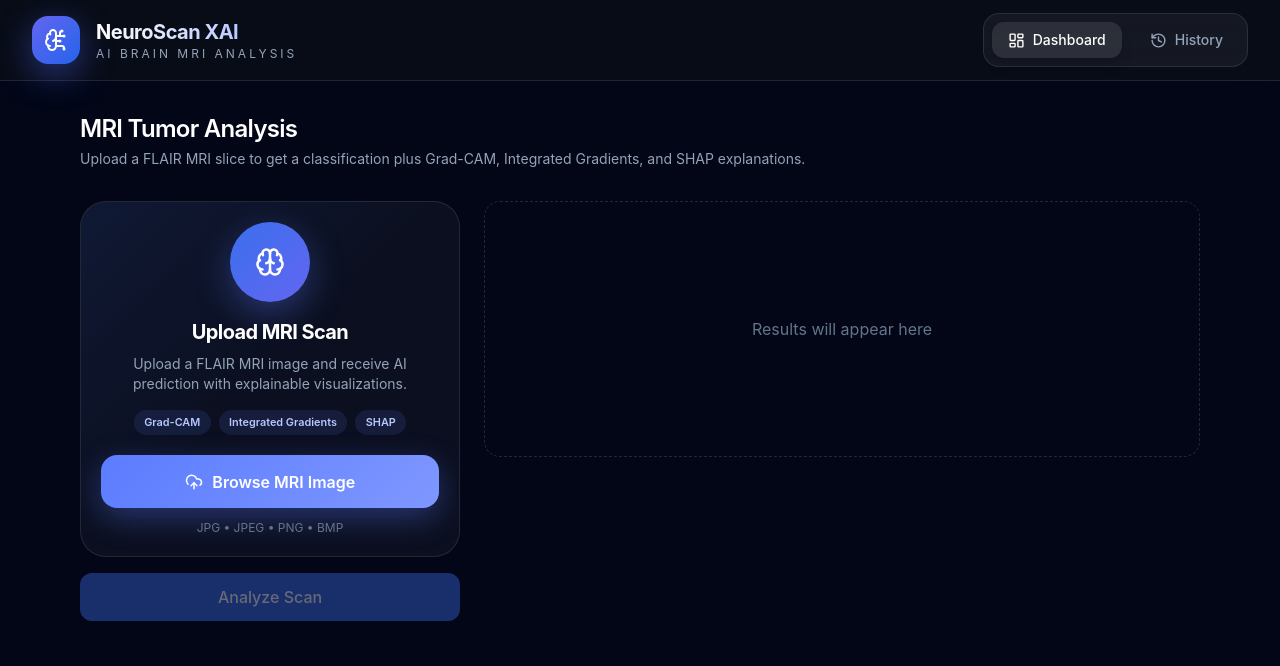
Repository: yashwanth252005/Major_project
Page: / (app in frontend/)
An editor plug-in stored every save of this project. The page is shown before and after the next save, followed by the edit.
The browser window is 1280 px wide. The pictures show the whole page.
The project was rebuilt for these pictures with package versions that can differ from the ones it lists, and the page was loaded fresh each time. Also part of the build but not shown: frontend/vite.config.js, frontend/src/components/ReportImage.jsx, frontend/src/components/ResultPanel.jsx, frontend/src/pages/History.jsx, frontend/src/pages/ScanDetail.jsx.

Above is the page before, as saved 2026-08-07 21:56:54.

### frontend/index.html
<!doctype html>
<html lang="en">
  <head>
    <meta charset="UTF-8" />
    <meta name="viewport" content="width=device-width, initial-scale=1.0" />
    <title>Brain Tumor XAI Dashboard</title>
  </head>
  <body class="bg-slate-950">
    <div id="root"></div>
    <script type="module" src="/src/main.jsx"></script>
  </body>
</html>

### frontend/src/App.jsx
import { Routes, Route } from "react-router-dom";
import Navbar from "./components/Navbar.jsx";
import Dashboard from "./pages/Dashboard.jsx";
import History from "./pages/History.jsx";
import ScanDetail from "./pages/ScanDetail.jsx";

export default function App() {
  return (
    <div className="min-h-screen bg-slate-950">
      <Navbar />
      <main className="mx-auto max-w-6xl px-4 py-8">
        <Routes>
          <Route path="/" element={<Dashboard />} />
          <Route path="/history" element={<History />} />
          <Route path="/history/:id" element={<ScanDetail />} />
        </Routes>
      </main>
    </div>
  );
}

### frontend/src/index.css
@tailwind base;
@tailwind components;
@tailwind utilities;

/* ==========================================================
   NeuroScan Design System v1
   ========================================================== */

:root {
  --bg: #0a0e17;
  --bg-secondary: #0f1523;

  --surface: #131b2b;
  --surface-2: #1a2335;
  --surface-3: #202c42;

  --primary: #5b7cff;
  --primary-light: #7f97ff;
  --primary-dark: #4366f6;

  --success: #22c55e;
  --warning: #f59e0b;
  --danger: #ef4444;
  --purple: #8b5cf6;

  --text: #f8fafc;
  --muted: #9ca9bd;

  --border: rgba(255,255,255,.08);

  --shadow-lg:
    0 12px 35px rgba(0,0,0,.45);

  --shadow-card:
    0 10px 25px rgba(0,0,0,.35);

  --radius-xl:20px;
  --radius-2xl:28px;
}

@layer base {

*{
  @apply border-transparent;
}

html{
  scroll-behavior:smooth;
}

body {
  @apply text-slate-100;

  margin: 0;
  min-height: 100vh;
  color: var(--text);

  /* Professional Medical Background */
  background:
    radial-gradient(circle at 0% 0%,
      rgba(91,124,255,.18) 0%,
      transparent 32%),

    radial-gradient(circle at 100% 100%,
      rgba(91,124,255,.12) 0%,
      transparent 28%),

    radial-gradient(circle at 50% 20%,
      rgba(99,102,241,.08) 0%,
      transparent 45%),

    linear-gradient(
      180deg,
      #070C16 0%,
      #0B1322 35%,
      #101827 100%
    );

  background-attachment: fixed;

  font-family:
    Inter,
    ui-sans-serif,
    system-ui,
    sans-serif;

  -webkit-font-smoothing: antialiased;

  overflow-x: hidden;
}
body::before {
  content: "";

  position: fixed;
  inset: 0;

  pointer-events: none;

  opacity: .04;

  background-image:
    linear-gradient(rgba(255,255,255,.08) 1px, transparent 1px),
    linear-gradient(90deg, rgba(255,255,255,.08) 1px, transparent 1px);

  background-size: 60px 60px;

  mask-image: radial-gradient(circle, black 35%, transparent 100%);
}

::selection{
  background:#5b7cff;
  color:white;
}

::-webkit-scrollbar{
  width:8px;
}

::-webkit-scrollbar-track{
  background:transparent;
}

::-webkit-scrollbar-thumb{

  background:#2b3855;

  border-radius:999px;
}

::-webkit-scrollbar-thumb:hover{

  background:#4a5f95;
}

h1,h2,h3,h4{

  letter-spacing:-.03em;

  font-weight:700;

  color:white;
}

button{

  transition:
      all .25s ease;
}

img{

  user-select:none;
}
}

@layer components {

/* ===========================
   SURFACES
=========================== */

.surface{

  background: rgba(18, 27, 43, 0.78);

  backdrop-filter:blur(16px);

  border:1px solid rgba(255,255,255,.08);

  border-radius:var(--radius-xl);

  box-shadow:
    0 10px 35px rgba(0,0,0,.35),
    inset 0 1px 0 rgba(255,255,255,.03);
}

.surface-hover{

  @apply surface;

  transition:all .25s ease;
}

.btn-primary:hover{

  transform:translateY(-3px);

  filter:brightness(1.05);

  box-shadow:
      0 20px 40px rgba(91,124,255,.45);
}
.btn-primary:active{
    transform:scale(.98);
}

/* ===========================
   BUTTONS
=========================== */

.btn-primary{

  display:inline-flex;

  align-items:center;

  justify-content:center;

  gap:.6rem;

  padding:.9rem 1.5rem;

  border-radius:16px;

  color:white;

  font-weight:600;

  background:
      linear-gradient(
      135deg,
      var(--primary),
      var(--primary-light)
      );

  box-shadow:
      0 10px 30px rgba(91,124,255,.35);
}

.btn-primary:hover{

  transform:translateY(-2px);

  box-shadow:
      0 16px 40px rgba(91,124,255,.45);
}

.btn-secondary{

  display:inline-flex;

  align-items:center;

  justify-content:center;

  padding:.9rem 1.4rem;

  border-radius:16px;

  background:rgba(255,255,255,.04);

  border:1px solid rgba(255,255,255,.08);

  color:white;
}

.btn-secondary:hover{

  background:rgba(255,255,255,.08);
}

/* ===========================
   CARDS
=========================== */

.stat-card{

  @apply surface-hover;

  padding:1.3rem;
}

.section-title{

  font-size:.8rem;

  text-transform:uppercase;

  letter-spacing:.18em;

  color:var(--muted);

  font-weight:600;
}

.gradient-text{

  background:
  linear-gradient(
  90deg,
  #ffffff,
  #9fb4ff
  );

  -webkit-background-clip:text;

  color:transparent;
}

.badge{
  display:inline-flex;
  align-items:center;
  padding:.28rem .65rem;
  border-radius:999px;
  font-size:.68rem;
  font-weight:600;
  background:rgba(91,124,255,.12);
  color:#b8c7ff;
}

.glass{

  background:rgba(255,255,255,.05);

  backdrop-filter:blur(18px);

  border:1px solid rgba(255,255,255,.08);
}

.input{

  width:100%;

  background:#182133;

  color:white;

  border-radius:16px;

  padding:.9rem 1rem;

  border:1px solid rgba(255,255,255,.06);

  transition:.2s;
}

.input:focus{

  outline:none;

  border-color:var(--primary);

  box-shadow:
  0 0 0 4px rgba(91,124,255,.18);
}

}

/* ===========================
   ANIMATIONS
=========================== */

@keyframes float{

0%,100%{

transform:translateY(0);
}

50%{

transform:translateY(-8px);
}

}

@keyframes fadeUp{

from{

opacity:0;

transform:translateY(16px);
}

to{

opacity:1;

transform:none;
}

}

.animate-float{

animation:float 5s ease-in-out infinite;
}

.animate-fade{

animation:fadeUp .45s ease;
}

### frontend/src/components/Navbar.jsx
import { NavLink } from "react-router-dom";
import { BrainCircuit, LayoutDashboard, History } from "lucide-react";
import { motion } from "framer-motion";

const navLink = ({ isActive }) =>
  `relative flex items-center gap-2 px-4 py-2 rounded-xl text-sm font-medium transition-all duration-300 ${
    isActive
      ? "text-white bg-white/10 shadow-lg"
      : "text-slate-400 hover:text-white hover:bg-white/5"
  }`;

export default function Navbar() {
  return (
    <motion.header
      initial={{ y: -35, opacity: 0 }}
      animate={{ y: 0, opacity: 1 }}
      transition={{ duration: 0.45 }}
      className="sticky top-0 z-50 backdrop-blur-xl border-b border-white/10 bg-[#0A0E17]/80"
    >
      <div className="mx-auto flex h-20 max-w-7xl items-center justify-between px-8">

        {/* Logo */}

        <div className="flex items-center gap-4">

          <div className="flex h-12 w-12 items-center justify-center rounded-2xl bg-gradient-to-br from-indigo-500 to-blue-600 shadow-[0_10px_35px_rgba(79,107,255,.45)]">

            <BrainCircuit size={24} className="text-white" />

          </div>

          <div>

            <h1 className="text-xl font-bold tracking-tight gradient-text">
              NeuroScan XAI
            </h1>

            <p className="text-xs tracking-[0.25em] uppercase text-slate-400">
              AI Brain MRI Analysis
            </p>

          </div>

        </div>

        {/* Navigation */}

        <nav className="flex items-center gap-3 rounded-2xl border border-white/10 bg-white/5 p-2">

          <NavLink to="/" className={navLink}>
            <LayoutDashboard size={17} />
            Dashboard
          </NavLink>

          <NavLink to="/history" className={navLink}>
            <History size={17} />
            History
          </NavLink>

        </nav>

      </div>
    </motion.header>
  );
}

### frontend/src/pages/Dashboard.jsx
import { useState } from "react";
import UploadCard from "../components/UploadCard.jsx";
import ResultPanel from "../components/ResultPanel.jsx";
import { predictScan } from "../api/client.js";

export default function Dashboard() {
  const [file, setFile] = useState(null);
  const [loading, setLoading] = useState(false);
  const [error, setError] = useState(null);
  const [result, setResult] = useState(null);

  async function handleAnalyze() {
    if (!file) return;
    setLoading(true);
    setError(null);
    setResult(null);
    try {
      const data = await predictScan(file);
      setResult(data);
    } catch (err) {
      setError(err?.response?.data?.error || "Something went wrong while analyzing the scan.");
    } finally {
      setLoading(false);
    }
  }

  return (
    <div className="space-y-8">
      <div>
        <h1 className="text-2xl font-semibold">MRI Tumor Analysis</h1>
        <p className="mt-1 text-sm text-slate-400">
          Upload a FLAIR MRI slice to get a classification plus Grad-CAM, Integrated Gradients,
          and SHAP explanations.
        </p>
      </div>

      <div className="grid gap-6 lg:grid-cols-[380px_1fr]">
        <div className="space-y-4">
          <UploadCard onFileSelected={setFile} disabled={loading} />
          <button
            type="button"
            onClick={handleAnalyze}
            disabled={!file || loading}
            className="w-full rounded-xl bg-brand-500 py-3 font-medium text-white transition hover:bg-brand-600 disabled:cursor-not-allowed disabled:opacity-40"
          >
            {loading ? "Analyzing…" : "Analyze Scan"}
          </button>
          {error && <p className="text-sm text-red-400">{error}</p>}
        </div>

        <div>
          {loading && (
            <div className="flex h-64 items-center justify-center rounded-2xl border border-slate-800 bg-slate-900/40 text-slate-400">
              Running CNN + Grad-CAM + SHAP + Integrated Gradients…
            </div>
          )}
          {!loading && !result && (
            <div className="flex h-64 items-center justify-center rounded-2xl border border-dashed border-slate-800 text-slate-500">
              Results will appear here
            </div>
          )}
          <ResultPanel result={result} />
        </div>
      </div>
    </div>
  );
}

### frontend/src/components/UploadCard.jsx
import { useRef, useState } from "react";
import { UploadCloud, Brain } from "lucide-react";
import { motion } from "framer-motion";

export default function UploadCard({ onFileSelected, disabled }) {
  const inputRef = useRef(null);

  const [dragOver, setDragOver] = useState(false);
  const [previewUrl, setPreviewUrl] = useState(null);

  function handleFile(file) {
    if (!file) return;
    setPreviewUrl(URL.createObjectURL(file));
    onFileSelected(file);
  }

  return (
    <motion.div
      initial={{ opacity: 0, y: 15 }}
      animate={{ opacity: 1, y: 0 }}
      transition={{ duration: 0.35 }}
      onDragOver={(e) => {
        e.preventDefault();
        setDragOver(true);
      }}
      onDragLeave={() => setDragOver(false)}
      onDrop={(e) => {
        e.preventDefault();
        setDragOver(false);
        handleFile(e.dataTransfer.files?.[0]);
      }}
      className={`relative overflow-hidden rounded-[26px] border transition-all duration-300
      ${
        dragOver
          ? "border-brand-400 bg-brand-500/10 scale-[1.01]"
          : "border-white/10 bg-white/[0.04]"
      }`}
    >
      {/* Background Glow */}
      <div className="absolute inset-0 bg-gradient-to-br from-brand-500/10 via-transparent to-transparent pointer-events-none" />

      <div className="relative p-5">

        {previewUrl ? (
          <img
            src={previewUrl}
            alt="MRI Preview"
            className="mx-auto h-40 rounded-2xl shadow-xl object-contain"
          />
        ) : (
          <div className="flex justify-center">
            <div className="flex h-20 w-20 items-center justify-center rounded-full bg-gradient-to-br from-brand-500 to-indigo-500 shadow-[0_12px_35px_rgba(91,124,255,.35)]">
              <Brain size={30} className="text-white" />
            </div>
          </div>
        )}

        <h2 className="mt-4 text-center text-xl font-bold">
          Upload MRI Scan
        </h2>

        <p className="mx-auto mt-2 max-w-xs text-center text-sm text-slate-400">
          Upload a FLAIR MRI image and receive AI prediction with explainable visualizations.
        </p>

        <div className="mt-4 flex justify-center gap-2 flex-wrap">
          <span className="badge">Grad-CAM</span>
          <span className="badge">Integrated Gradients</span>
          <span className="badge">SHAP</span>
        </div>

        <button
          type="button"
          disabled={disabled}
          onClick={() => inputRef.current?.click()}
          className="btn-primary mt-5 w-full"
        >
          <UploadCloud size={18} />
          Browse MRI Image
        </button>

        <p className="mt-3 text-center text-xs text-slate-500">
          JPG • JPEG • PNG • BMP
        </p>

        <input
          ref={inputRef}
          type="file"
          accept=".jpg,.jpeg,.png,.bmp"
          className="hidden"
          disabled={disabled}
          onChange={(e) => handleFile(e.target.files?.[0])}
        />
      </div>
    </motion.div>
  );
}

### frontend/src/api/client.js
import axios from "axios";

// In dev, vite.config.js proxies /api -> http://127.0.0.1:8000
const client = axios.create({ baseURL: "/api" });

export async function predictScan(file, { onUploadProgress } = {}) {
  const formData = new FormData();
  formData.append("image", file);

  const { data } = await client.post("/predict/", formData, {
    headers: { "Content-Type": "multipart/form-data" },
    onUploadProgress,
  });

  return data;
  // Expected shape (from Brain_Tumor_AI/predict.py, plus persistence fields
  // added by the Django view):
  // {
  //   id: "uuid", created_at: "iso timestamp",
  //   prediction: { class: "glioma", confidence: 97.42 },
  //   processing_time: 1.203,
  //   original_image: "<base64 png>",
  //   gradcam: "<base64 png>",
  //   shap: "<base64 png>",
  //   integrated_gradients: "<base64 png>",
  //   summary: "..."
  // }
}

export async function fetchHistory() {
  const { data } = await client.get("/history/");
  return data;
}

export async function fetchScan(id) {
  const { data } = await client.get(`/history/${id}/`);
  return data;
}

export async function deleteScan(id) {
  await client.delete(`/history/${id}/`);
}

export default client;

### frontend/tailwind.config.js
/** @type {import('tailwindcss').Config} */
export default {
  content: ["./index.html", "./src/**/*.{js,jsx}"],
  theme: {
    extend: {
      colors: {
        brand: {
          50: "#eef4ff",
          100: "#d9e5ff",
          400: "#5b8cff",
          500: "#3b6fed",
          600: "#2c56c9",
          900: "#101a3d",
        },
      },
    },
  },
  plugins: [],
};

Loaded but not shown: frontend/src/main.jsx (common file)

After the next save:
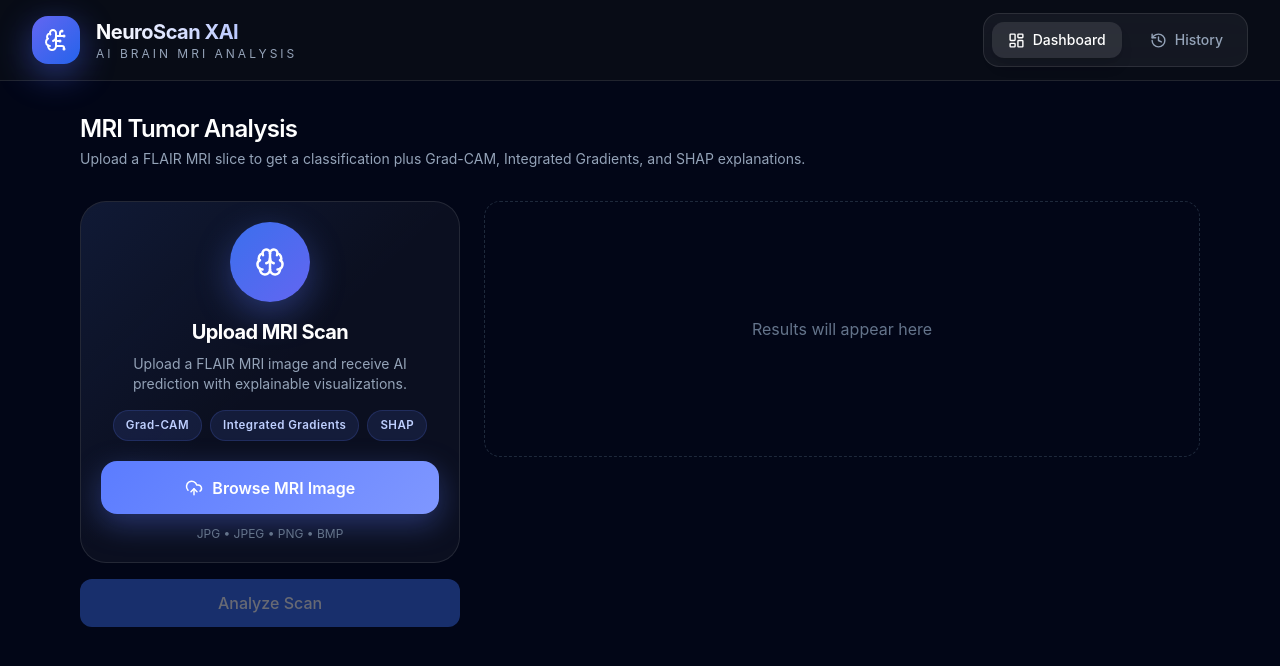
Saved 15 s later.
--- a/frontend/src/index.css
+++ b/frontend/src/index.css
@@ -298,14 +298,25 @@ img{
 }
 
 .badge{
-  display:inline-flex;
-  align-items:center;
-  padding:.28rem .65rem;
-  border-radius:999px;
-  font-size:.68rem;
-  font-weight:600;
-  background:rgba(91,124,255,.12);
-  color:#b8c7ff;
+    display:inline-flex;
+    align-items:center;
+    gap:6px;
+
+    padding:6px 12px;
+
+    border-radius:999px;
+
+    font-size:.72rem;
+
+    font-weight:600;
+
+    letter-spacing:.04em;
+
+    background:rgba(91,124,255,.12);
+
+    border:1px solid rgba(91,124,255,.18);
+
+    color:#BFD0FF;
 }
 
 .glass{
